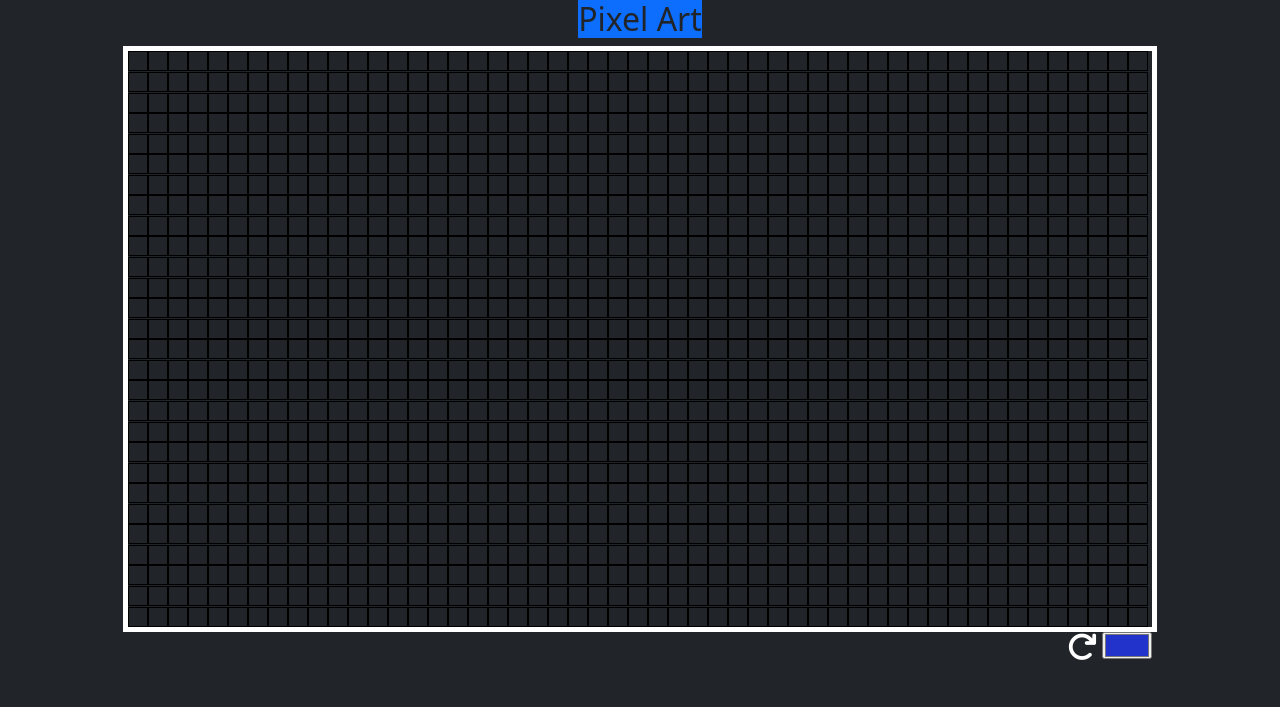
Repository: bechara611/pixelartdb
Page: /
An editor plug-in stored every save of this project. The page is shown before and after the next save, followed by the edit.
The browser window is 1280 px wide. The pictures show the whole page.
Some web libraries are served in a nearby version. The project was rebuilt for these pictures with package versions that can differ from the ones it lists, and the page was loaded fresh each time. Also part of the build but not shown: vite.config.js.

Above is the page before, as saved 2023-03-07 13:55:42.

After the next save:
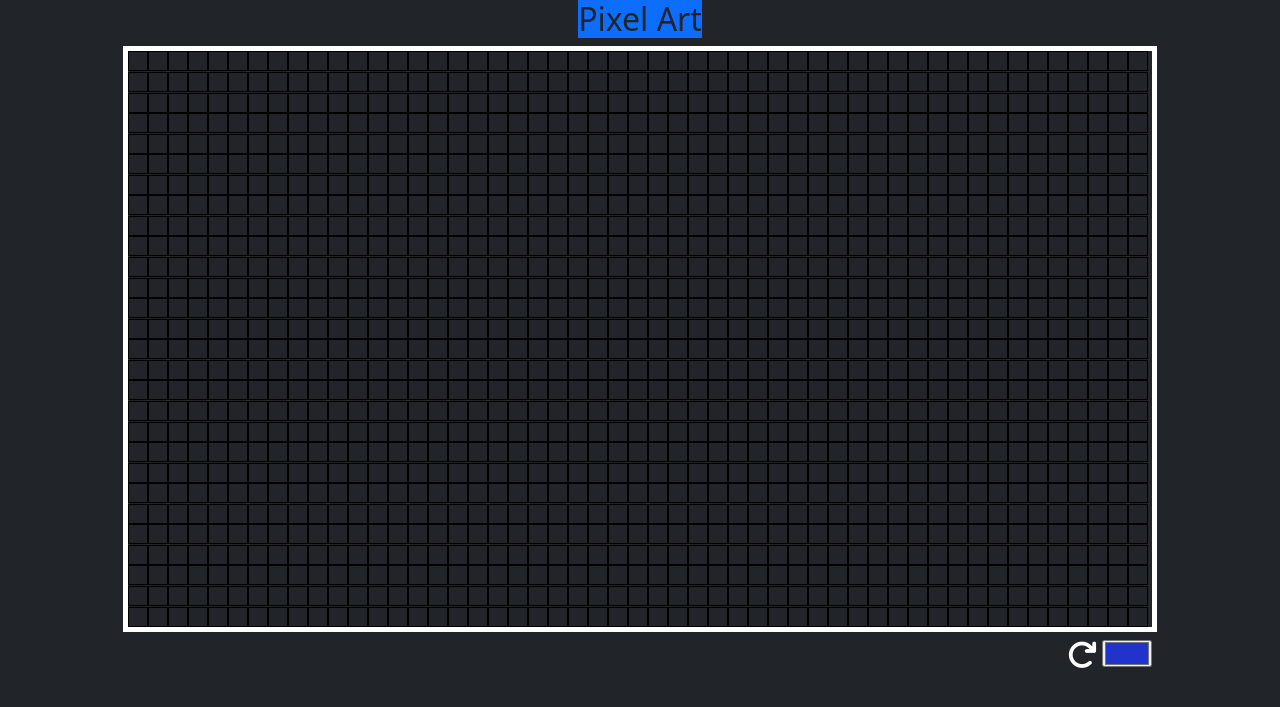
Saved 14 s later.
--- a/src/App.jsx
+++ b/src/App.jsx
@@ -82,7 +82,7 @@ const App = () => {
           </div>
         </div>
         <div className="col-12 contenedor-05  ">
-          <div className="derecha ">
+          <div className="derecha mt-2">
           <i className="fa-solid fa-arrow-rotate-right  icono"></i>
             <input type="color" value={colorActual}  onChange={(e) => { setcolorActual(e.target.value) }} />
           </div>
